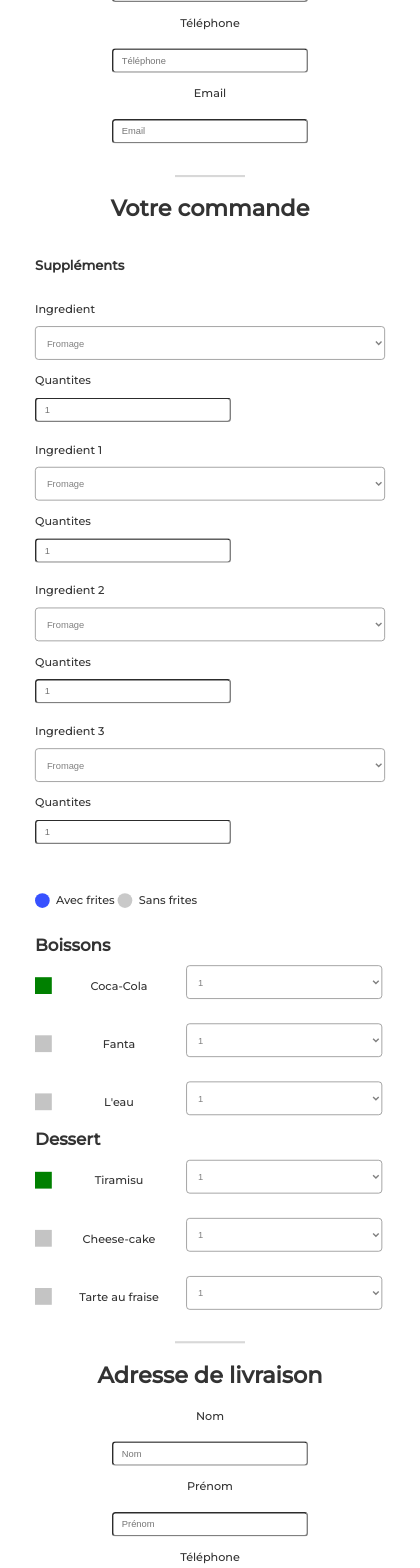
Repository: sisilass31/bella-olonje
Page: html/commande.html
These files come from the project's save history. The page is drawn as it stood at one moment and after the next save; the edit follows.
The browser window is 600 px wide. The pictures show the part of the page from y = 1100 to 3340 px (the page is 4086 px tall), at 70% of full size.
Some web libraries are served in a nearby version.

Above is the page before, as saved 2023-02-15 09:50:47.

### html/commande.html
<!DOCTYPE html>
<html lang="fr">

<head>
  <meta charset="UTF-8">
  <meta http-equiv="X-UA-Compatible" content="IE=edge">
  <meta name="viewport" content="width=device-width, initial-scale=1.0">
  <link rel="stylesheet" href="https://pro.fontawesome.com/releases/v5.10.0/css/all.css">
  <link rel="stylesheet" href="../css/commande.css">
  <title>Votre commande</title>
</head>

<body>

  <header>
    <nav>
      <ul class='nav-bar'>
        <li class='logo'><a href='#'><img src="../img/logo.png" alt="jsp"></a></li>
        <input type='checkbox' id='check' />
        <span class="menu">
          <li><a href="acceuil.html" class="nav-link">Home</a></li>
          <li><a href="#pizza" class="nav-link">Pizzas</a></li>
          <li><a href="#burger" class="nav-link">Burgers</a></li>
          <li><a href="#salades" class="nav-link">Salades</a></li>
          <li><a href="contact.html" class="nav-link">Contact</a></li>
          <label for="check" class="close-menu"><i class="fas fa-times"></i></label>
        </span>
        <label for="check" class="open-menu"><i class="fas fa-bars"></i></label>
      </ul>
    </nav>

    <div class="food_app">
      <div class="title_food_app">
        <h3>Food app</h3>
        <strong>Chez Bella <br>chaque désir s'additionne.</strong>
      </div>
    </div>
  </header>

  <main>
    <div class="infos" id="form-infos">
      <form>
        <h1>Vos informations</h1>

        <div class="grp_infos">
          <div class="nom_prenom">
            <div class="label1">
              <label class="label_nom">Nom</label><br>
              <input type="text" placeholder="Nom">
            </div>
            <div class="label1">
              <label class="label_nom">Prénom</label><br>
              <input type="text" placeholder="Prénom">
            </div>
          </div>

          <div class="telephone_email">
            <div class="label1">
              <label class="label_nom">Téléphone</label><br>
              <input type="text" placeholder="Téléphone">
            </div>
            <div class="label1">
              <label class="label_nom">Email</label><br>
              <input type="text" placeholder="Email">
            </div>
          </div>
        </div>
      </form>
    </div>

    <hr>

    <div class="commande">
      <form>
        <h1>Votre commande</h1>
        <h3>Suppléments</h3>
        <div class="grp_suppliment">
          <div class="ingredient_quantite">
            <div class="fromage">
              <label>Ingredient</label><br>
              <select name="ingr" class="suppléments">
                <option value="fromage">Fromage</option>
                <option value="fromage">Fromage</option>
                <option value="fromage">Fromage</option>
                <option value="fromage">Fromage</option>
                <option value="fromage">Fromage</option>
                <option value="fromage">Fromage</option>
                <option value="fromage">Fromage</option>
              </select>
            </div>
            <div class="box">
              <label>Quantites</label><br>
              <input type="number" min="0" placeholder="1">
            </div>
          </div>

          <div class="ingredient_quantite">
            <div class="fromage">
              <label>Ingredient 1</label><br>
              <select name="ingr" class="suppléments">
                <option value="fromage">Fromage</option>
                <option value="fromage">Fromage</option>
                <option value="fromage">Fromage</option>
                <option value="fromage">Fromage</option>
                <option value="fromage">Fromage</option>
                <option value="fromage">Fromage</option>
                <option value="fromage">Fromage</option>
              </select>
            </div>
            <div class="box">
              <label>Quantites</label><br>
              <input type="number" min="0" placeholder="1">
            </div>
          </div>

          <div class="ingredient_quantite">
            <div class="fromage">
              <label>Ingredient 2</label><br>
              <select name="ingr" class="suppléments">
                <option value="fromage">Fromage</option>
                <option value="fromage">Fromage</option>
                <option value="fromage">Fromage</option>
                <option value="fromage">Fromage</option>
                <option value="fromage">Fromage</option>
                <option value="fromage">Fromage</option>
                <option value="fromage">Fromage</option>
              </select>
            </div>
            <div class="box">
              <label>Quantites</label><br>
              <input type="number" min="0" placeholder="1">
            </div>
          </div>

          <div class="ingredient_quantite">
            <div class="fromage">
              <label>Ingredient 3</label><br>
              <select name="ingr" class="suppléments">
                <option value="fromage">Fromage</option>
                <option value="fromage">Fromage</option>
                <option value="fromage">Fromage</option>
                <option value="fromage">Fromage</option>
                <option value="fromage">Fromage</option>
                <option value="fromage">Fromage</option>
                <option value="fromage">Fromage</option>
              </select>
            </div>
            <div class="box">
              <label>Quantites</label><br>
              <input type="number" min="0" placeholder="1">
            </div>
          </div>
        </div>


        <div class="check2">
          <label class="container">Avec frites
            <input type="radio" checked="checked" name="radio">
            <span class="checkmark"></span>
          </label>
          <label class="container">Sans frites
            <input type="radio" name="radio">
            <span class="checkmark"></span>
          </label>
        </div>


        <div class="all">
          <div class="content_of_boisson">
            <h2>Boissons</h2>
            <div class="boissons">
              <div class="carre"></div>
              <label>Coca-Cola</label>
              <select name="Fromage" class="Fromage" style="margin-top: 10px;">
                <option value="">1</option>
                <option value="">2</option>
                <option value="">3</option>
                <option value="">4</option>
              </select>
            </div>
            <div class="boissons">
              <div class="carre grey"></div>
              <label>Fanta</label>
              <select name="Fromage" class="Fromage" style="margin-top: 10px;">
                <option value="">1</option>
                <option value="">2</option>
                <option value="">3</option>
                <option value="">4</option>
              </select>
            </div>
            <div class="boissons">
              <div class="carre grey"></div>
              <label>L'eau</label>
              <select name="Fromage" class="Fromage" style="margin-top: 10px;">
                <option value="">1</option>
                <option value="">2</option>
                <option value="">3</option>
                <option value="">4</option>
              </select>
            </div>
          </div>

          <div class="content_of_dessert">
            <h2>Dessert</h2>
            <div class="boissons dessert">
              <div class="carre"></div>
              <label>Tiramisu</label>
              <select name="Fromage" class="Fromage" style="margin-top: 10px;">
                <option value="">1</option>
                <option value="">2</option>
                <option value="">3</option>
                <option value="">4</option>
              </select>
            </div>
            <div class="boissons dessert">
              <div class="carre grey"></div>
              <label>Cheese-cake</label>
              <select name="Fromage" class="Fromage" style="margin-top: 10px;">
                <option value="">1</option>
                <option value="">2</option>
                <option value="">3</option>
                <option value="">4</option>
              </select>
            </div>
            <div class="boissons dessert">
              <div class="carre grey"></div>
              <label>Tarte au fraise</label>
              <select name="Fromage" class="Fromage" style="margin-top: 10px;">
                <option value="">1</option>
                <option value="">2</option>
                <option value="">3</option>
                <option value="">4</option>
              </select>
            </div>
          </div>
        </div>

      </form>
    </div>

    <hr>

    <div class="livraison">
      <form>
        <h1>Adresse de livraison</h1>
        <div class="grp_infos">
          <div class="nom_prenom">
            <div class="label1">
              <label class="label_nom">Nom</label><br>
              <input type="text" placeholder="Nom">
            </div>
            <div class="label1">
              <label class="label_nom">Prénom</label><br>
              <input type="text" placeholder="Prénom">
            </div>
          </div>

          <div class="telephone_email">
            <div class="label1">
              <label class="label_nom">Téléphone</label><br>
              <input type="text" placeholder="Téléphone">
            </div>
            <div class="label1">
              <label class="label_nom">Email</label><br>
              <input type="text" placeholder="Email">
            </div>
          </div>
          <div class="nom_prenom">
            <div class="label1">
              <label class="label_nom">Adresse</label><br>
              <input type="text" placeholder="Adresse">
            </div>
            <div class="label1">
              <label class="label_nom">Code postale</label><br>
              <input type="text" placeholder="Code postale">
            </div>
          </div>

          <div class="telephone_email">
            <div class="label1">
              <label class="label_nom">Ville</label><br>
              <input type="text" placeholder="Ville">
            </div>
            <div class="label1">
              <label class="label_nom">Pays</label><br>
              <input type="text" placeholder="Pays">
            </div>
          </div>
        </div>
        <div class="div_button"><button class="button" type="button">Envoyer</button></div>
      </form>

    </div>
  </main>

</body>

### css/commande.css
@import url('https://fonts.googleapis.com/css2?family=Montserrat:wght@100;200;500&display=swap');

* {
    margin: 0px;
    padding: 0px;
    scroll-behavior: smooth;
    box-sizing: border-box;
}

html,
body {
    font-family: Montserrat, sans-serif;
    background-size: cover;
    background-position: center;
    height: 100vh;
    background-repeat: no-repeat;
    scroll-behavior: smooth;
}

/*navbar*/
.nav-bar {
    width: 100%;
    display: flex;
    justify-content: space-between;
    align-items: center;
    list-style: none;
    position: relative;
    background-color: #FFF;
    padding: 12px 20px;
}

.logo img {
    width: 150px;
}

.menu {
    display: flex;
}

.menu li {
    padding-left: 30px;
    padding-right: 55px;
}

.menu li a {
    display: inline-block;
    text-decoration: none;
    color: #333;
    text-align: center;
    position: relative;
}

.menu li a:hover {
    color: #FA4A0C;
}

.open-menu {
    position: absolute;
    color: #FA4A0C;
    cursor: pointer;
    font-size: 1.5rem;
    display: none;
}

.close-menu {
    position: absolute;
    color: #333;
    cursor: pointer;
    font-size: 1.5rem;
    display: none;
    padding: 10px;
}

.open-menu {
    top: 50%;
    right: 20px;
    transform: translateY(-50%);
}

.close-menu {
    top: 20px;
    right: 20px;
}

#check {
    display: none;
}

@media(max-width: 920px) {
    .menu {
        flex-direction: column;
        align-items: center;
        width: 60%;
        height: 100vh;
        position: fixed;
        top: 0;
        right: -100%;
        z-index: 100;
        background-color: #FA4A0C;
        transition: all 0.2s ease-in-out;
        padding-top: 100px;
    }

    .menu li {
        margin-top: 40px;
    }

    .menu li a {
        padding: 10px;
        color: #FFF;
    }

    .open-menu {
        display: block;
        padding-right: 25px;
        padding-top: 13px;
    }

    .close-menu {
        display: block;
        color: #FFF;
        padding-right: 25px;
        padding-top: 22px;
    }

    #check:checked~.menu {
        right: 0;
    }

    .menu li a:hover {
        color: #333;
    }

    .nav-link {
        font-family: Montserrat;
        letter-spacing: .8px;
    }
}

/*navbar*/


/*food_app*/
.title_food_app {
    padding-top: 50px;
}

.food_app {
    background-image: url(../img/food_app.png);
    min-height: 90vh;
    background-repeat: no-repeat;
    background-position: center;
    background-size: cover;
}

.title_food_app h3 {
    font-family: 'Montserrat';
    font-style: normal;
    font-weight: 550;
    font-size: 24px;
    line-height: 36px;
    text-align: center;
    letter-spacing: 0.1px;
    color: #F7F7F7;
    padding-top: 50px;
}

.title_food_app {

    font-family: Montserrat;
    font-style: normal;
    font-weight: 600;
    font-size: 58px;
    line-height: 80px;
    text-align: center;
    letter-spacing: 0.2px;
    color: #FFFFFF;
}

.title_pizza {
    display: flex;
    justify-content: center;
    color: #000000;
}

/*food_app*/


/*infos*/


.ingredient_quantite {
    display: flex;
    flex-direction: row;
    justify-content: flex-start;
    gap: 20%;
    margin-bottom: 10px;
}


main {
    color: #333333;
}

.label1 input {
    width: 280px;
    height: 35px;
    margin-bottom: 20px;
    margin-top: 8px;
    padding: 5px 12px;
    color: grey;
    border-radius: 5px;
    border-color: gray;
}


.infos h1 {
    padding-top: 50px;
    padding-bottom: 30px;
    margin-left: 65px;
}

hr {
    height: 3px;
    background-color: #d8d8d8;
    border: none;
    margin: 25px 250px 25px;
}

.nom_prenom {
    display: flex;
    justify-content: space-between;
    padding: 0px 600px 28px 65px;
}

.telephone_email {
    display: flex;
    justify-content: space-between;
    padding: 0px 600px 28px 65px;
}

/*infos*/

/*livraison*/

.livraison h1 {
    margin-left: 65px;
    padding-top: 30px;
    padding-bottom: 50px;
}

/*livraison*/

/*commande*/
.suppléments {
    width: 280px;
    height: 48px;
    margin-bottom: 20px;
    margin-top: 15px;
    padding: 5px 12px;
    color: grey;
    border-radius: 5px;
    border-color: gray;
    background-color: #FFFFFF;
}


.commande {
    margin-left: 65px;
}

.commande h1 {
    padding-top: 30px;
}

.commande h3 {
    padding-top: 50px;
    padding-bottom: 42px;
}

.box input {
    width: 280px;
    height: 35px;
    margin-bottom: 20px;
    margin-top: 15px;
    padding: 5px 12px;
    color: grey;
    border-radius: 5px;
    border-color: gray;
}

.boissons_dessert {
    display: flex;
    flex-direction: row;
}

/*commande*/


.div_button {
    padding: 50px 150px 70px 0px;
    display: flex;
    justify-content: flex-end;
}

button {
    border: 0;
    line-height: 2.5;
    width: 120px;
    padding: 0 18px;
    font-size: 18px;
    text-align: center;
    color: #fff;
    border-radius: 20px;
    background-color: #FA4A0C;
    box-shadow: 1px 1px 5px #B73227;
}


/*dessert et boissons*/

.avec,
.sans {
    display: flex;
    flex-direction: row;
    justify-content: space-around;
    width: 150px;
    height: 40px;
    align-items: center;
}

.sans_f {
    padding-top: 39px;
    padding-left: 50px;
}

.avec_f {
    padding-left: 10px;
}



.boissons {
    display: flex;
    align-items: center;
    justify-content: space-between;
    width: 31rem;
    padding-top: 5px;
}

.carre {
    width: 24px;
    height: 24px;
    background-color: green;
}

.carre.grey {
    background-color: #C4C4C4;
}

.all {
    display: flex;
}

.content_of_dessert {
    margin-left: 186px;
}

.Fromage {
    padding: 7px;
    border-radius: 5px;
    width: 280px;
    height: 48px;
    margin-bottom: 20px;
    margin-top: 8px;
    padding: 5px 12px;
    color: grey;
    border-radius: 5px;
    border-color: gray;
    background-color: #FFFFFF;
}

/*dessert et boissons*/


/*checkbox*/
.check2 {
    padding-top: 40px;
    padding-bottom: 40px;
}

.container {
    position: relative;
    cursor: pointer;
    font-size: 16px;
    padding-left: 30px;
}

.container input {
    position: absolute;
    opacity: 0;
    cursor: pointer;
}

.checkmark {
    position: absolute;
    top: 0;
    left: 0;
    height: 21px;
    width: 21px;
    background-color: rgba(176, 176, 176, 0.677);
    border-radius: 50%;
}


.container input:checked~.checkmark {
    background-color: #3751FF;
}

.checkmark:after {
    position: absolute;
    display: none;
}

.container input:checked~.checkmark:after {
    display: block;
}

.container .checkmark:after {
    top: 9px;
    left: 9px;
    width: 8px;
    background: white;
}

/*checkbox*/

/*responsive*/
@media (max-width:767px) {
    .grp_infos {
        display: flex;
        flex-direction: column;
        justify-content: center;
        margin-top: 5%;
    }

    .label1 {
        margin: 0;
        display: flex;
        justify-content: center;
        align-items: center;
        flex-direction: column;
    }

    .suppléments {
        width: 280px;
    }

    .box input {
        width: 280px;
    }

    .infos h1 {
        padding: 50px;
        margin: 0;
        display: flex;
        justify-content: center;
    }

    .livraison h1 {
        padding: 0;
        margin: 0;
        display: flex;
        justify-content: center;
    }

    .nom_prenom {
        justify-content: center;
        padding: 0;
        flex-direction: column;
    }

    .telephone_email {
        justify-content: center;
        padding: 0;
        flex-direction: column;
    }

    .content_of_dessert {
        margin-left: 0px;
    }

    .all {
        display: flex;
        flex-direction: column;
        margin: 0;
    }

    form {
        display: flex;
        flex-direction: column;
    }

    .commande h1 {
        padding-top: 0;
        display: flex;
        justify-content: center;
    }

    .commande {
        margin-left: 0;
        display: flex;
        justify-content: center;
    }

    .ingredient_quantite {
        flex-direction: column;
    }

    .suppléments {
        width: 500px;
    }

    .infos h1 {
        padding: 5%;
        padding-bottom: 0px;
    }

}

/* Ipad Mini to ipad */
@media screen and (min-width:768px) and (max-width:991px) {
    .grp_infos {
        display: flex;
        flex-direction: column;
        justify-content: center;
        margin-top: 5%;
    }

    .label1 {
        margin-left: 5%;
    }

    .infos h1 {
        padding: 50px;
        margin: 0;
        display: flex;
        justify-content: center;
    }

    .livraison h1 {
        padding: 0;
        margin: 0;
        display: flex;
        justify-content: center;
    }

    .nom_prenom {
        justify-content: center;
        padding: 0;
    }

    .telephone_email {
        justify-content: center;
        padding: 0;
    }

    .content_of_dessert {
        margin-left: 0px;
    }

    .all {
        display: flex;
        flex-direction: column;
        margin: 0;
    }

    form {
        display: flex;
        flex-direction: column;
    }

    .commande h1 {
        padding-top: 0;
        display: flex;
        justify-content: center;
    }

    .commande {
        margin-left: 0;
        display: flex;
        justify-content: center;
    }

    .ingredient_quantite {
        flex-direction: column;
    }

    .suppléments {
        width: 500px;
    }

    .box input {
        width: 500px;
    }

    .infos h1 {
        padding: 5%;
        padding-bottom: 0px;
    }

}

/* Ipad et Mini Ordi */
@media screen and (min-width:992px) and (max-width:1199px) {}

/*responsive*/

After the next save:
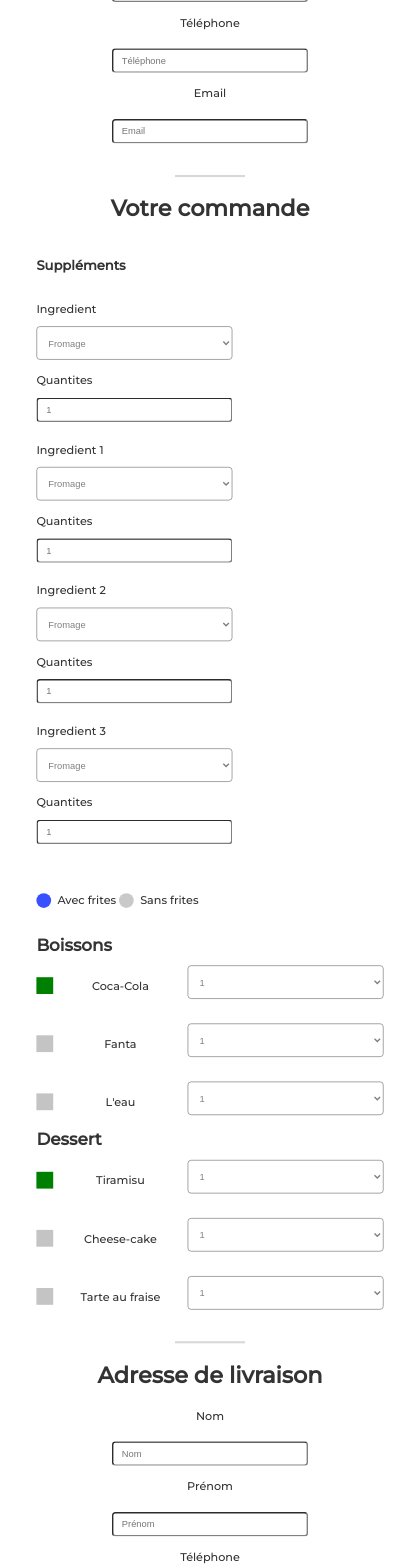
Saved 11 s later.
--- a/css/commande.css
+++ b/css/commande.css
@@ -517,10 +517,6 @@ button {
         flex-direction: column;
     }
 
-    .suppléments {
-        width: 500px;
-    }
-
     .infos h1 {
         padding: 5%;
         padding-bottom: 0px;
